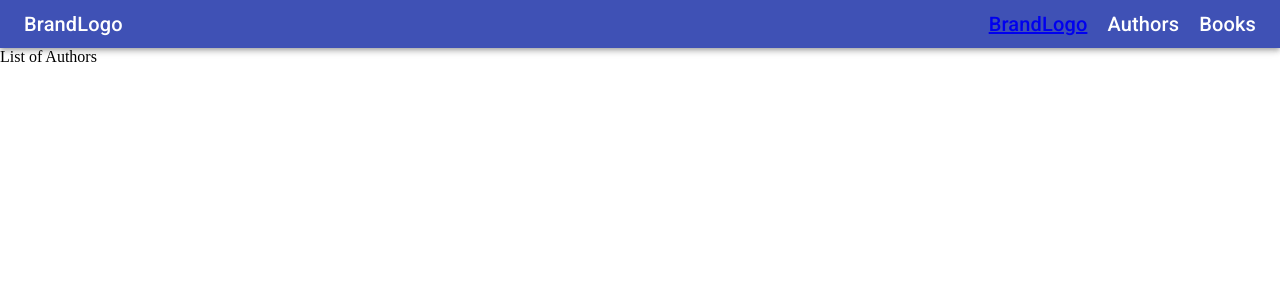
Repository: Sociophuck/00007494
Page: /authors (app in front/)
These files come from the project's save history. The page is drawn as it stood at one moment and after the next save; the edit follows.
The browser window is 1280 px wide. The pictures show the whole page.
The project was rebuilt for these pictures with package versions that can differ from the ones it lists, and the page was loaded fresh each time. Also part of the build but not shown: front/src/App.css, front/src/Book.js, front/src/Home.js.

Above is the page before, as saved 2021-04-04 11:03:46.

### front/src/index.css
body {
  margin: 0;
}

.header-links {
  display: flex;
}
.header-links > a {
  margin-left: 20px;
  text-decoration: none;
  color: white;
}
.header-links > a:hover {
  color: turquoise;
}

### front/src/App.js
import Author from "./Author";
import "./App.css";
import { BrowserRouter as Router, Route, Switch } from "react-router-dom";
import Book from "./Book";
import Home from "./Home";
import NavBar from "./NavBar";

function App() {
  return (
    <Router>
      <div className="App">
        <NavBar />
        <div>
          <Switch>
            <Route exact path="/">
              <Home />
            </Route>
            <Route path="/authors">
              <Author />
            </Route>
            <Route path="/books">
              <Book />
            </Route>
          </Switch>
        </div>
      </div>
    </Router>
  );
}

export default App;

### front/src/Author.js
function Author() {
  return <div>List of Authors</div>;
}

export default Author;

### front/src/NavBar.js
import { Link } from "react-router-dom";
import React from "react";
import { makeStyles } from "@material-ui/core/styles";
import AppBar from "@material-ui/core/AppBar";
import Toolbar from "@material-ui/core/Toolbar";
import Typography from "@material-ui/core/Typography";

const useStyles = makeStyles((theme) => ({
  root: {
    flexGrow: 1,
  },
  logo: {
    flexGrow: 1,
  },
}));

function NavBar() {
  const classes = useStyles();

  return (
    <div className={classes.root}>
      <AppBar position="static">
        <Toolbar variant="dense">
          <Typography className={classes.logo} variant="h6" color="inherit">
            BrandLogo
          </Typography>
          <Link to="/authors">
            <Typography variant="h6" color="inherit">
              BrandLogo
            </Typography>
          </Link>
          <div className="header-links">
            <Link to="/authors">
              <Typography variant="h6" color="inherit">
                Authors
              </Typography>
            </Link>
            <Link to="/books">
              <Typography variant="h6" color="inherit">
                Books
              </Typography>
            </Link>
          </div>
        </Toolbar>
      </AppBar>
    </div>
  );
}

export default NavBar;

Loaded but not shown: front/public/index.html (common file); front/src/index.js (common file)

After the next save:
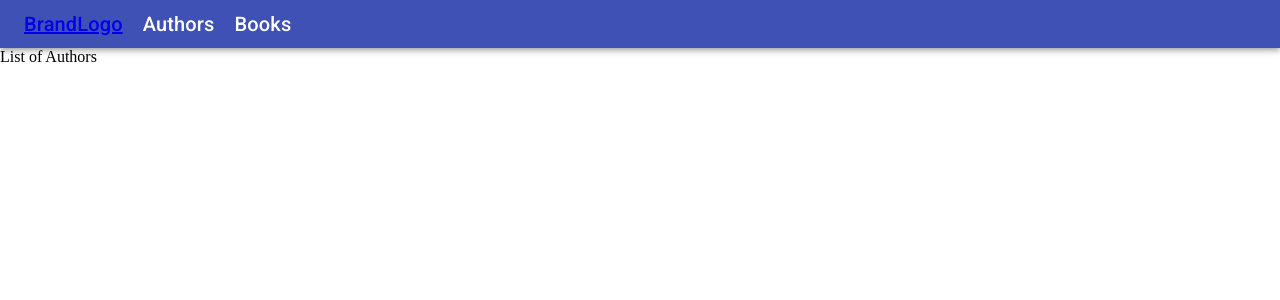
Saved 12 s later.
--- a/front/src/NavBar.js
+++ b/front/src/NavBar.js
@@ -21,11 +21,8 @@ function NavBar() {
     <div className={classes.root}>
       <AppBar position="static">
         <Toolbar variant="dense">
-          <Typography className={classes.logo} variant="h6" color="inherit">
-            BrandLogo
-          </Typography>
-          <Link to="/authors">
-            <Typography variant="h6" color="inherit">
+          <Link to="/">
+            <Typography className={classes.logo} variant="h6" color="inherit">
               BrandLogo
             </Typography>
           </Link>
